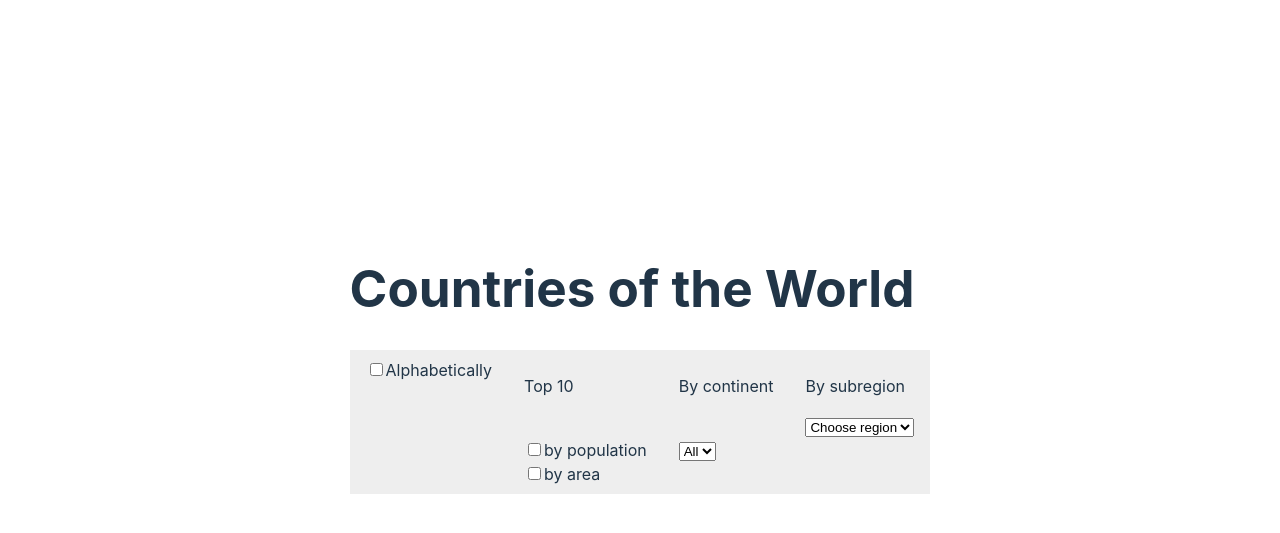
Repository: Vanessahyc/COMP3170_Lab06
Page: /
An editor plug-in stored every save of this project. The page is shown before and after the next save, followed by the edit.
The browser window is 1280 px wide. The pictures show the whole page.
The page's requests for data from a server got no answer. The project was rebuilt for these pictures with package versions that can differ from the ones it lists, and the page was loaded fresh each time. No one was signed in, and anything a server would have sent is missing. Also part of the build but not shown: vite.config.js, src/components/Country.jsx.

Above is the page before, as saved 2024-11-14 16:33:22.

### src/App.jsx
import { useEffect, useState } from 'react'
import './App.css'
import Countries from './components/Countries';

function App() {

  const [countries, setCountries] = useState([]);
  const url = "https://restcountries.com/v3.1/all";

  async function fetchData() {
    const response = await fetch('https://restcountries.com/v3.1/all');
    const data = await response.json();

    setCountries(data);
  }

  useEffect(() => {
    fetchData();
  }, []);

  return (
    <div>
      <h1>Countries of the World</h1>
      <div className='filter_container'>
        <div>
          <input type='checkbox'/>
          <label>Alphabetically</label>
        </div>
        <div>
          <p>Top 10</p>
          <br/>
          <input type='checkbox'/>
          <label>by population</label>
          <br/>
          <input type='checkbox'/>
          <label>by area</label>
        </div>
        <div>
          <p>By continent</p>
          <br/>
          <select>
            <option>All</option>
          </select>
        </div>
        <div>
          <p>By subregion</p>
          <select>
            <option>Choose region</option>
          </select>
        </div>
      </div>
      <Countries countries={countries}/>
    </div>
  );
}

export default App

### src/App.css
#root {
  max-width: 1280px;
  margin: 0 auto;
  padding: 2rem;
}

/* .logo {
  height: 6em;
  padding: 1.5em;
  will-change: filter;
  transition: filter 300ms;
}
.logo:hover {
  filter: drop-shadow(0 0 2em #646cffaa);
}
.logo.react:hover {
  filter: drop-shadow(0 0 2em #61dafbaa);
}

@keyframes logo-spin {
  from {
    transform: rotate(0deg);
  }
  to {
    transform: rotate(360deg);
  }
}

@media (prefers-reduced-motion: no-preference) {
  a:nth-of-type(2) .logo {
    animation: logo-spin infinite 20s linear;
  }
}

.card {
  padding: 2em;
}

.read-the-docs {
  color: #888;
} */

.main_container {
  width: 400px;
}

.country_header {
  display: flex;
  max-height: 50px;
  background-color: white;

}

.country_header p {
  color: black;
  font-weight: bold;
}

.flag_container {
  flex-basis: 30%;
}

.flag_container img {
  height: 50px;
}

.country_info {
  padding: 1em;
}

.country_info p {
  display: flex;
}

.country_info p span {
  flex-basis: 50%;
  text-align: left;
}

.country_info p span:first-child {
  font-weight: bold;
}

.filter_container {
  display: flex;
}

.filter_container div {
  padding: 0.5rem 1rem;
  background-color: rgb(238, 238, 238);
}

### src/components/Countries.jsx
import Country from "./Country";

export default function Countries({countries}) {
    return(
        <div>
            {
                countries.map(country => (
                    <Country
                        key={country.cca3}
                        url={country.flags.svg}
                        countryName={country.name.common}
                        officialName={country.name.official}
                        capital={country.capital}
                        population={country.population}
                        languages={country.languages}
                        currencies={country.currencies}
                        area={country.area}
                        subregion={country.subregion}
                        continents={country.continents}
                        borders={country.borders}
                        maps={country.maps.googleMaps}
                    />
                ))
            }
        </div>
    );
}

Loaded but not shown: index.html (common file); src/main.jsx (common file); src/index.css (common file)

After the next save:
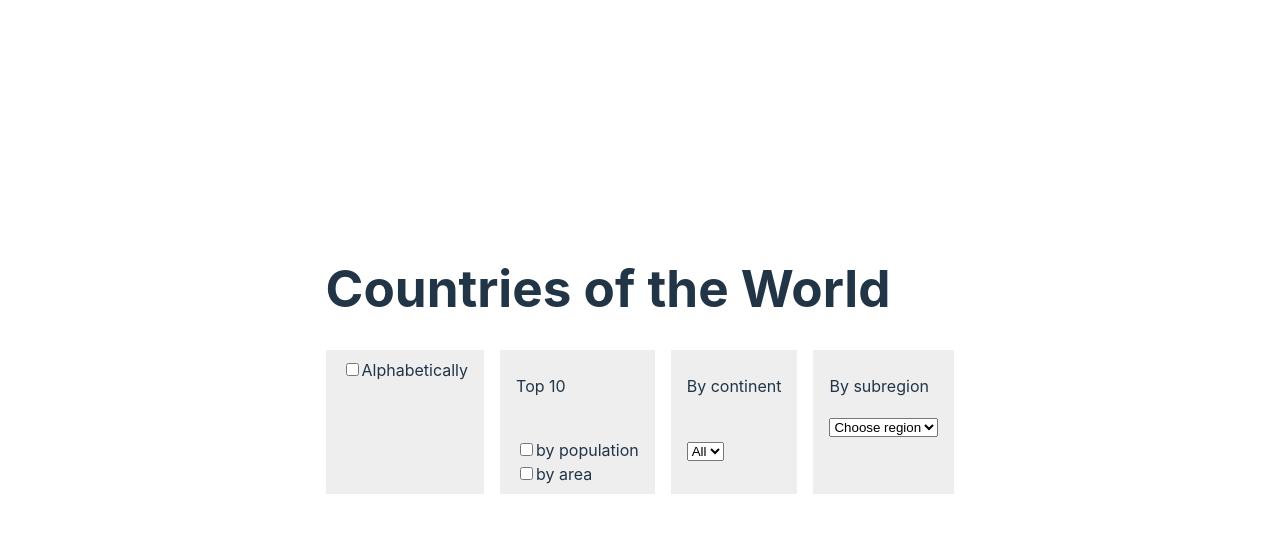
Saved 27 s later.
--- a/src/App.css
+++ b/src/App.css
@@ -83,6 +83,7 @@
 
 .filter_container {
   display: flex;
+  gap: 1em;
 }
 
 .filter_container div {
